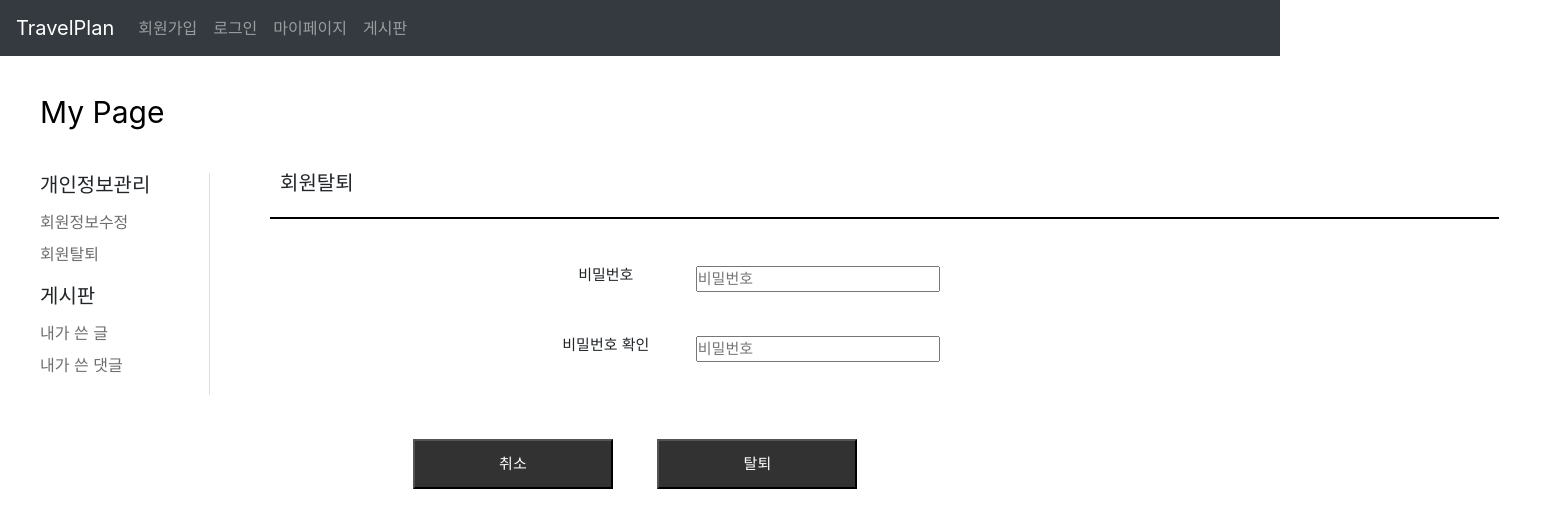
Repository: sna145815/Travel_v1
Page: http://localhost/Travel_v1/WEB-INF/view/deleteuser.jsp
An editor plug-in stored every save of this project. The page is shown before and after the next save, followed by the edit.
The browser window is 1280 px wide. The page is 1560 px wide, so the pictures cover 1560 px, including what lies to the right of the window. The pictures show the whole page.
The page is served by Tomcat 9. Nobody is signed in. The template is opened directly, without the code that normally fills it, so the values that code supplies are empty.

Above is the page before, as saved 2022-11-06 14:32:42.

After the next save:
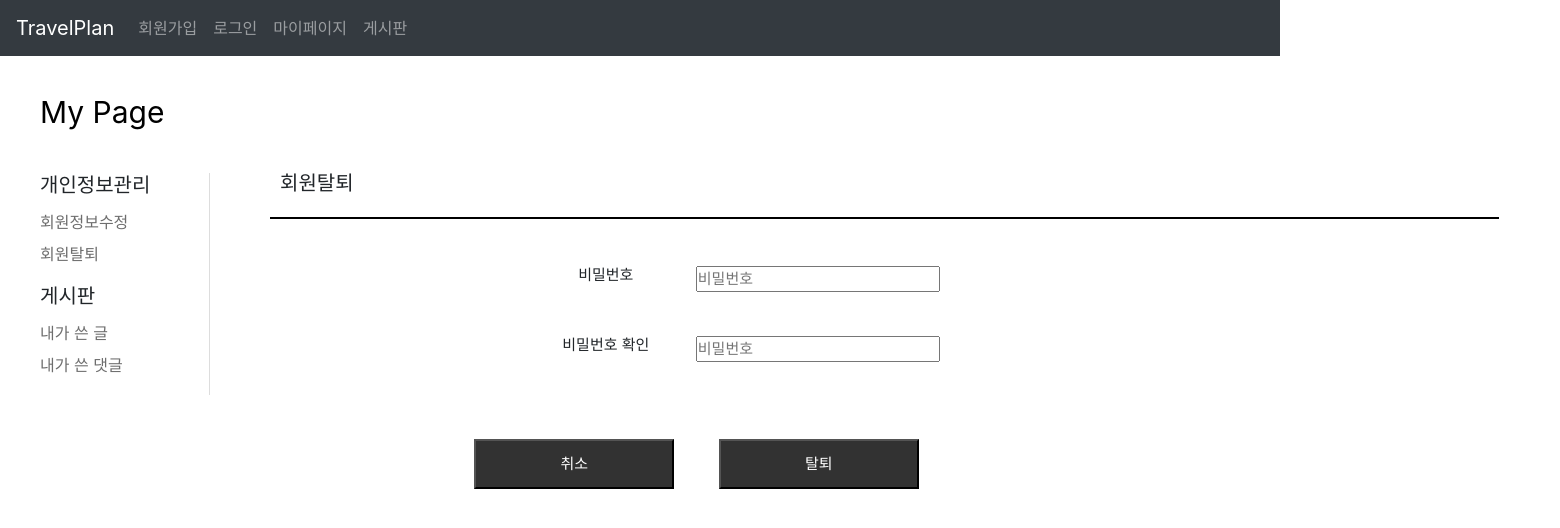
Saved 6 s later.
--- a/Travel_v1/src/main/webapp/WEB-INF/view/deleteuser.jsp
+++ b/Travel_v1/src/main/webapp/WEB-INF/view/deleteuser.jsp
@@ -98,7 +98,7 @@
 			word-break: break-all;
 		}
 		.button {
-			margin-left: 10%;
+			margin-left: 15%;
 		}
 		.btn_cancel, .btn_delete {
 			width: 200px;
